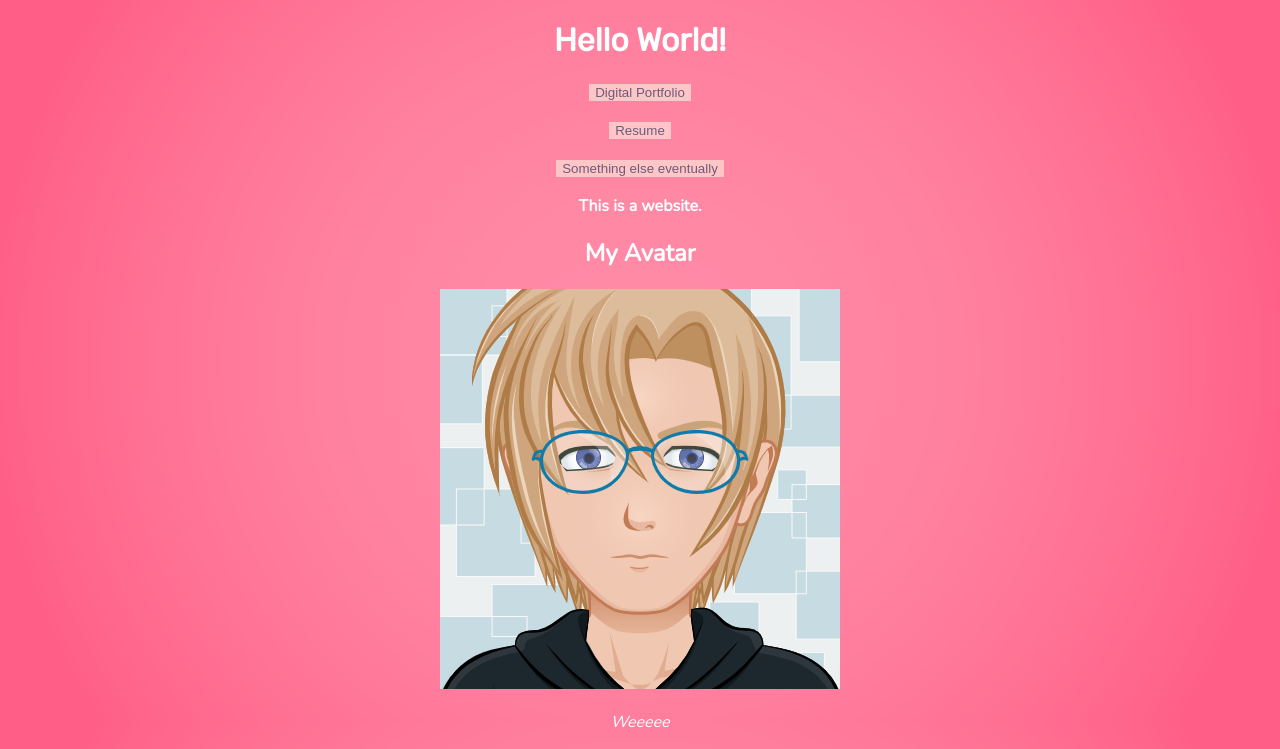
Repository: Ivyeomnky/Ivyeomnky.github.io
Page: index.html
The author's editor kept a record of every edit. The page is drawn from the files as they stood at one moment, then again after the next edit.
The browser window is 1280 px wide. The pictures show the whole page.
Backgrounds fixed to the window are drawn as part of the page.

Above is the page before.

After the next edit:
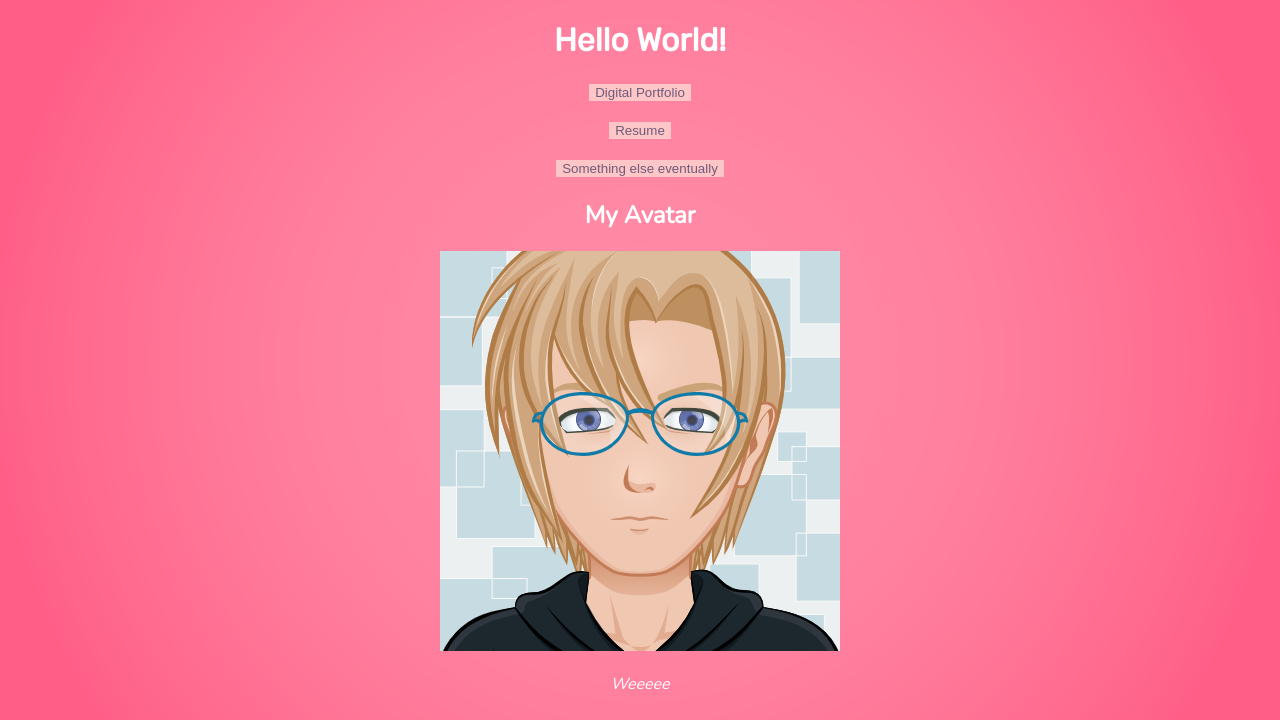
The edit:
--- a/index.html
+++ b/index.html
@@ -14,7 +14,7 @@
         <a href="dp.html" target="_blank"><button>Digital Portfolio</button></a>
         <p><a href="resume.html" target="_blank"><button>Resume</button></a></p>
         <p><a href="html.html" target="_blank"><button>Something else eventually</button></a></p>
-        <center><p><b>This is a website.</b></center>
+
         <h2>My Avatar</h2></p>
         <img src="images/myAvatar.png" alt="My Avatar" width="400" height="400">
         <p><i>Weeeee</i></p>
